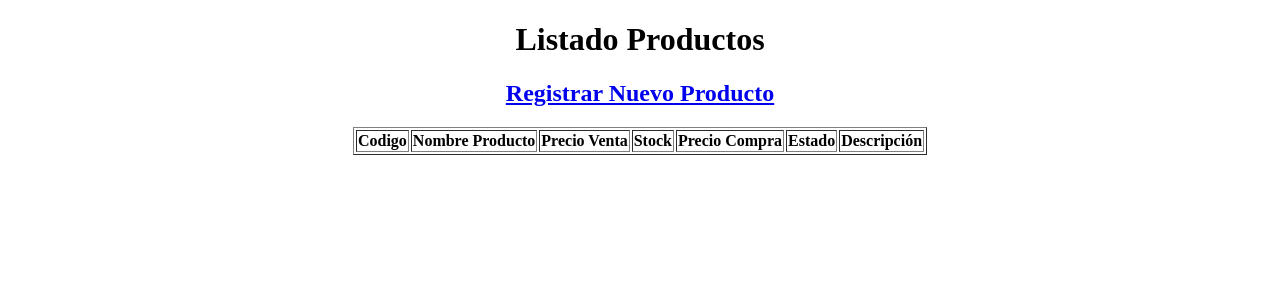
Repository: Kanzaki05/LPII_CL3_RICSECHONGSAHIR
Page: http://localhost/Vistas/Productos/ListadoProductos
These files come from the project's save history. The page is drawn as it stood at one moment and after the next save; the edit follows.
The browser window is 1280 px wide. The pictures show the whole page.
The page is this project's Thymeleaf template; nobody is signed in. The template is opened directly, without the code that normally fills it, so the values that code supplies are empty.

Above is the page before, as saved 2023-11-26 15:07:55.

### LPII_CL3_RICSECHONGSAHIR/src/main/resources/templates/Vistas/Productos/ListadoProductos.html
<!DOCTYPE html>
<html xmlns:th="https://www.thymeleaf.org">
<head>
    <title>Listado Productos</title>
</head>
<body>

    <h1 align="center">Listado Productos</h1>

	<h2 align="center">
		<a th:href="@{/Rproducto}">Registrar Nuevo Producto</a>
	</h2>

    <table align="center" border="1">
        <thead>
            <tr>
                <th>Codigo</th>
                <th>Nombre Producto</th>
                <th>Precio Venta</th>
                <th>Stock</th>
                <th>Precio Compra</th>
                <th>Estado</th>
                <th>Descripción</th>
            </tr>
        </thead>
        <th:block th:each="p:${ListadoProductos}">
				<tr>
					<td th:text="${p.idproductocl3}"></td>
					<td th:text="${p.nombrecl3}"></td>
					<td th:text="${p.precioventacl3}"></td>
					<td th:text="${p.stock}"></td>
					<td th:text="${p.preciocompcl3}"></td>
					<td th:text="${p.estadocl3}"></td>
					<td th:text="${p.descripcl3}"></td>
					<td>
    					<a th:href="@{/Vistas/Editar/{id}(id=${p.idproductocl3})}" th:text="Actualizar"></a>
					</td>
					<td>
    					<a th:href="@{Eliminar/}+${p.idproductocl3}" th:text="Eliminar"></a>
					</td>
				</tr>
			</th:block>
    </table>

</body>
</html>

After the next save:
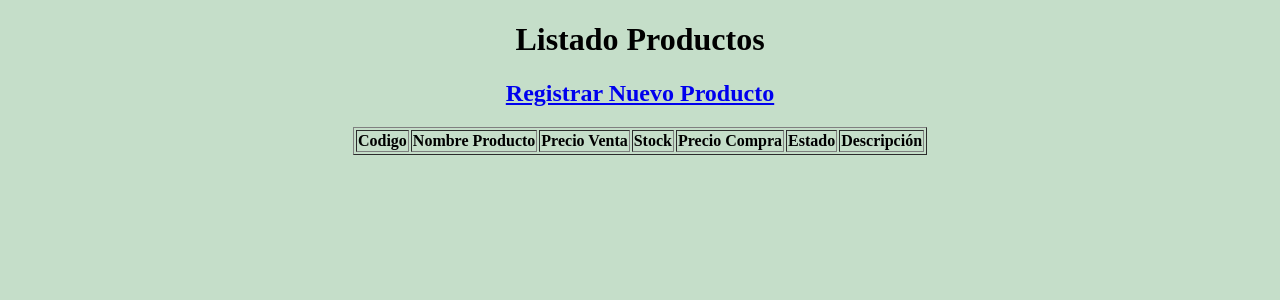
Saved 13 s later.
--- a/LPII_CL3_RICSECHONGSAHIR/src/main/resources/templates/Vistas/Productos/ListadoProductos.html
+++ b/LPII_CL3_RICSECHONGSAHIR/src/main/resources/templates/Vistas/Productos/ListadoProductos.html
@@ -2,6 +2,12 @@
 <html xmlns:th="https://www.thymeleaf.org">
 <head>
     <title>Listado Productos</title>
+
+    <style>
+			html {
+				background-color: #c5dec9;
+			}
+		</style>
 </head>
 <body>
 
